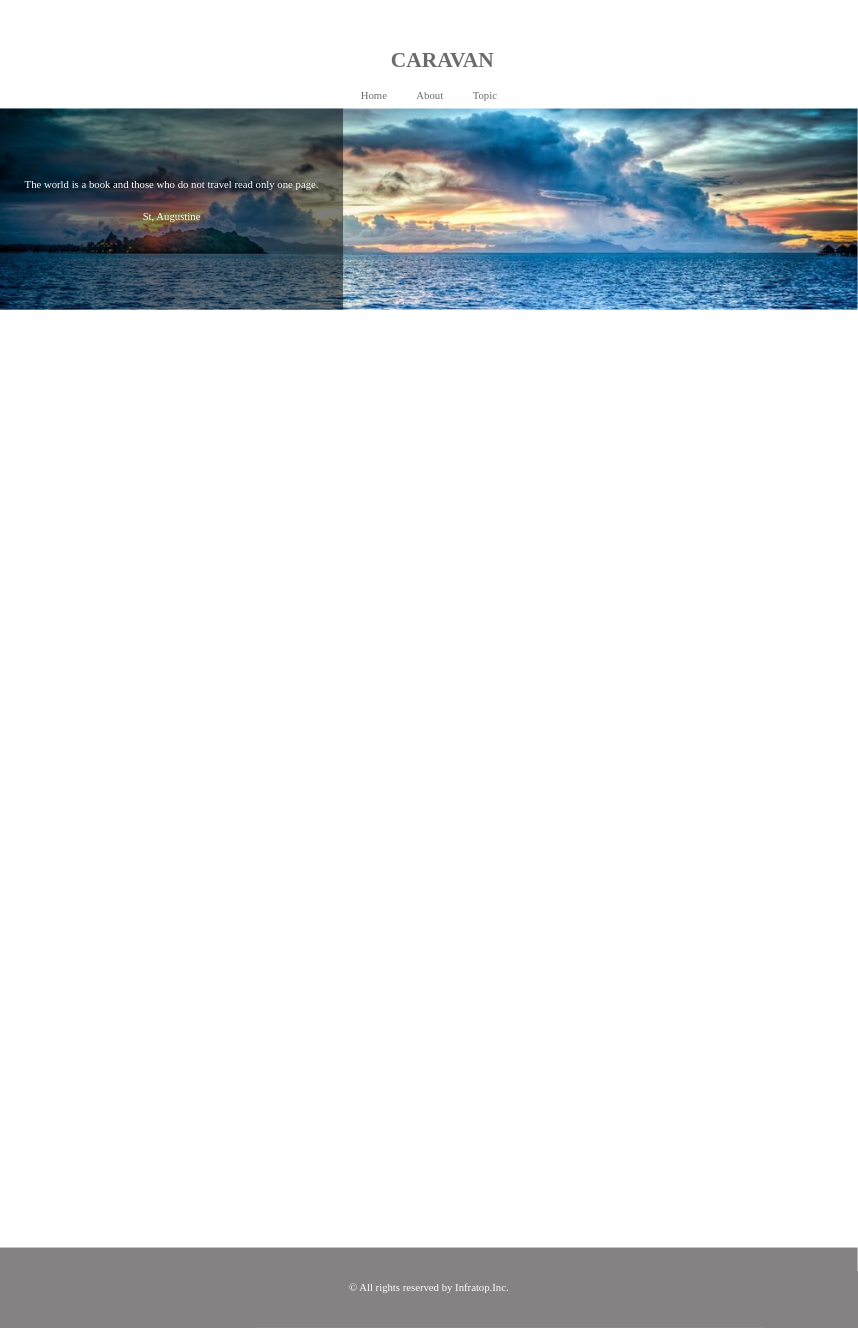
Repository: ayakodesu/html-practice
Page: caravan/index.html
The author's editor kept a record of every edit. The page is drawn from the files as they stood at one moment, then again after the next edit.
The browser window is 1280 px wide. The pictures show the whole page, at 67% of full size.

Above is the page before.

After the next edit:
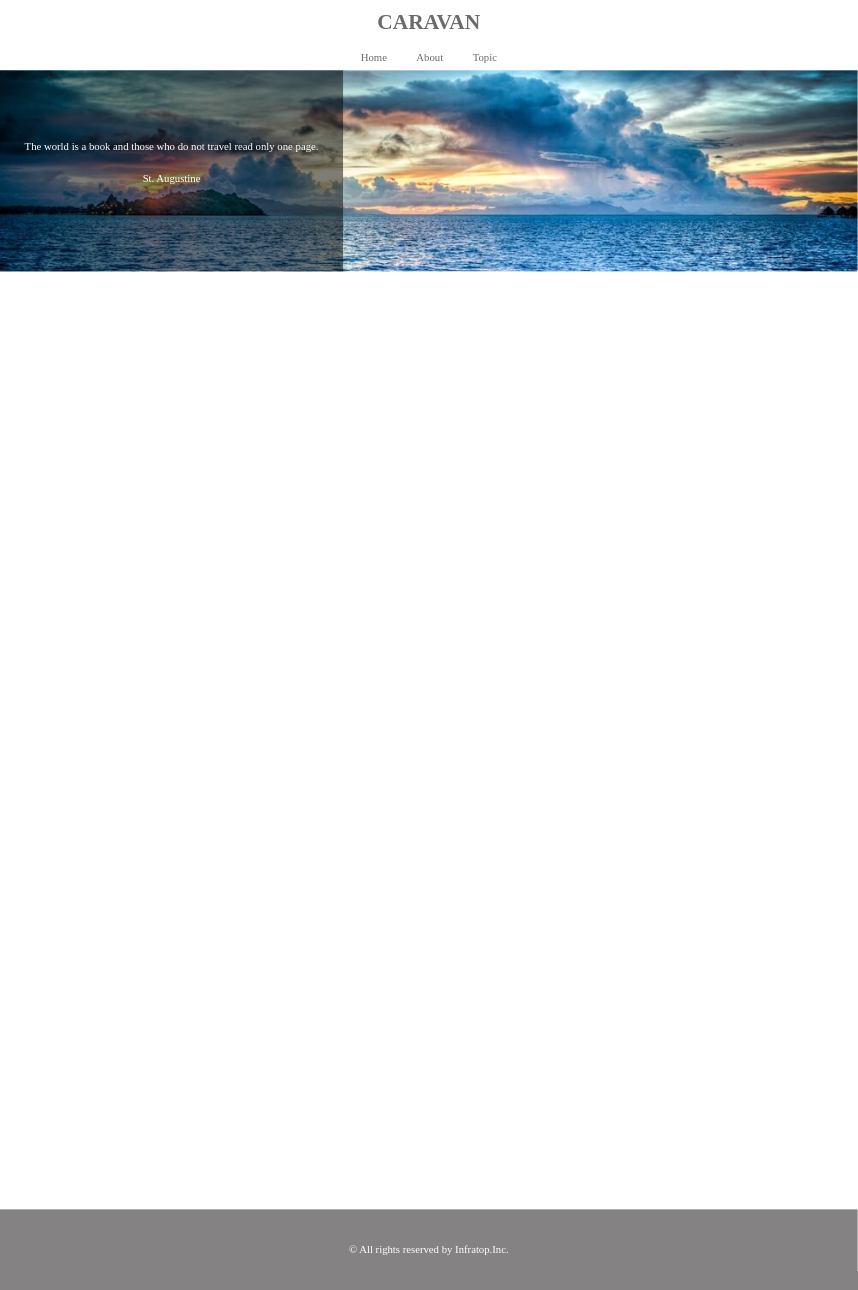
The edit:
--- a/caravan/index.html
+++ b/caravan/index.html
@@ -2,61 +2,52 @@
 <html lang="ja">
   <head>
     <meta charset="UTF-8" />
-    <!-- CSSファイルの読み込み -->
     <link rel="stylesheet" href="style.css" />
     <title>CARAVAN</title>
   </head>
 
+  <body>
+    <!-- header -->
+    <header>
+      <h1 class="heading">
+        <a href="index.html">
+          CARAVAN
+        </a>
+      </h1>
+    </header>
 
-  <body>
-  　<header>
-  　 <h1 class="heading">
-  　 <a href="index.html">
-        CARAVAN
-        </a>
+    <!-- navigation -->
+    <nav>
+      <ul class="nav-list">
+        <li class="nav-list-item">
+          <a href="index.html">Home</a>
+        </li>
+        <li class="nav-list-item">About</li>
+        <li class="nav-list-item">Topic</li>
+      </ul>
+    </nav>
 
-      </h1>
-
-  </header>
-
-<nav>
-  <ul class="nav-list">
-    <li class="nav-list-item">
-      <a href="index.html">Home</a>
-    </li>
-     <li class="nav-list-item">About</li>
-     <li class="nav-list-item">Topic</li>
-
-  </ul>
-</nav>
-
-
-
-     <div class="main-visual">
+    <!-- main-visual用のdiv -->
+    <div class="main-visual">
       <div class="main-visual-content">
-
+        <!-- pタグ（と文字）を追加 -->
         <p class="main-visual-text">
           The world is a book and those who do not travel read only one page.
+        </p>
+        <p class="main-visual-name">
+          St. Augustine
+        </p>      </div>
+    </div>
 
-        </p>
+    <!-- main用のdiv -->
+    <div class="main">
+      <div class="blog"></div>
+      <div class="sidebar"></div>
+    </div>
 
-        <p class="main-visual-name">
-          St, Augustine
-        </p>
-
-      </div>
-
-      </div>
-
-     <div class="main">
-     <div class="blog"></div>
-     <div class="sidebar"></div>
-
-     </div>
-
-     <footer>
-       <p class="footer-text">© All rights reserved by Infratop.Inc.</p>
-     </footer>
-
+    <!-- footer -->
+    <footer>
+      <p class="footer-text">© All rights reserved by Infratop.Inc.</p>
+    </footer>
   </body>
 </html>
